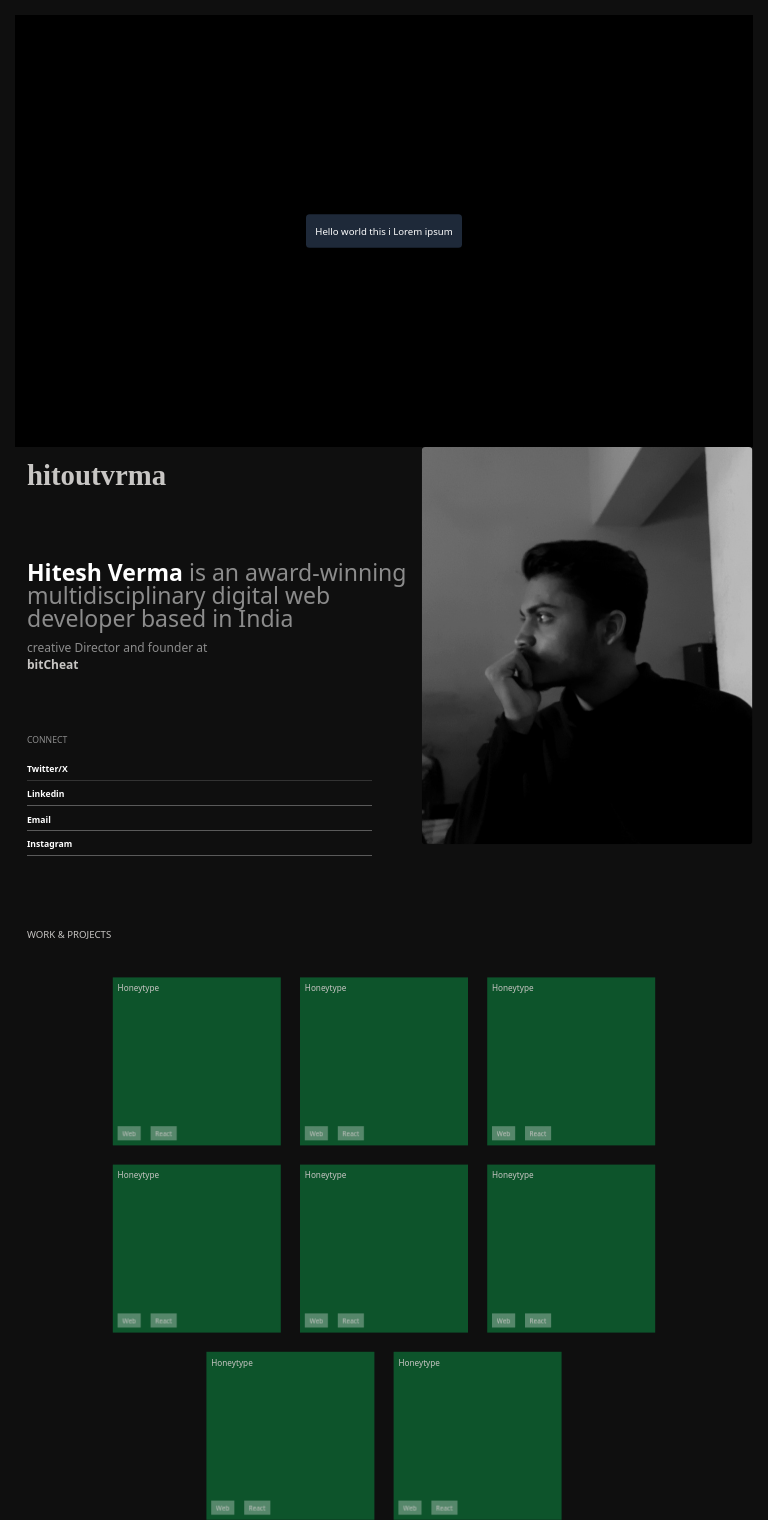
Repository: hitoutvrma/portfolio
Page: /
These files come from the project's save history. The page is drawn as it stood at one moment and after the next save; the edit follows.
The browser window is 1280 px wide. The pictures show the whole page, at 60% of full size.
The project was rebuilt for these pictures with package versions that can differ from the ones it lists, and the page was loaded fresh each time. Also part of the build but not shown: vite.config.js.

Above is the page before, as saved 2025-03-08 10:57:59.

### src/index.css
@import "tailwindcss";
body{
    background-color: #0f0f0f;
    color: #c8c6c4;
    padding: 25px;
}

### src/App.jsx
import React from 'react'
import Front from './Components/Front'
import Work from './Components/Work'
import AnimatedParagraph from './Components/AnimatedParagraph'

function App() {
  return (
    <div className=''>
      <AnimatedParagraph/>
      <Front/>
      <Work/>
    </div>
  )
}

export default App

### src/Components/Front.jsx
import React from 'react'
import {animate, hover, motion} from 'framer-motion'
import AnimatedParagraph from './AnimatedParagraph'
function Front() {
  return (
    <div className='sm:h-screen md:h-screen'>
    <div className="sm:flex">
      <div className='hero sm:p-5 sm:text-[3vw] text-[8vw]  sm:w-[53vw]'>
      <logo className='text-4xl sm:text-5xl font-semibold font-[serif]'>hitoutvrma</logo>
        <p className='mt-28 leading-none text-[#8c8c8c]'><span className='text-white font-semibold'>Hitesh Verma</span> is an award-winning multidisciplinary digital web developer based in India</p>

        <div className='text-xl pt-4'>
          <p className='text-[#8c8c8c]'>creative Director and founder at </p>
          <p className='font-semibold'>bitCheat</p>
          {/* <AnimatedParagraph/> */}
        </div>
        <motion.div initial={{opacity:0.1, scaleY:0.5}} animate={{opacity:1, scaleY:1}} transition={{duration:1}} className=' flex sm:text-[2vh] sm:pb-0 pb-12 text-[1.8vh]  sm:pt-25 pt-28 flex-col sm:gap-3 gap-1'>
          <p className='text-[#8c8c8c] pb-4 text-[1.6vh]  sm:text-[2vh]'>CONNECT</p>
          <motion.div
        className="relative w-[90%]  font-bold text-white text-md cursor-pointer"
        initial="initial"
        whileHover="hover"
      >
        <p className='pb-2'>Twitter/X</p>

        {/* Static Gray Line */}
        <div className="absolute left-0 bottom-0 w-full    h-[0.1vh] bg-[#4c4c4c]"></div>

        {/* Animated Green Line */}
        <motion.div
          className="absolute left-0 bottom-0 h-[2px] bg-green-400"
          variants={{
            initial: { width: "0%" },
            hover: { width: "100%" },
            exit: {width: "0%"}
          }}
          transition={{hover: { duration: 2, ease: "easeInOut" },
          exit: { duration: 0.01 } }}
        />
      </motion.div>

      <motion.div
        className="relative w-[90%]  font-bold text-white text-md cursor-pointer"
        initial="initial"
        whileHover="hover"
      >
        <p className='pb-2'>Linkedin</p>

        {/* Static Gray Line */}
        <div className="absolute left-0 bottom-0 w-full    h-[0.1vh] bg-[#8c8c8c]"></div>

        {/* Animated Green Line */}
        <motion.div
          className="absolute left-0 bottom-0 h-[2px] bg-green-400"
          variants={{
            initial: { width: "0%" },
            hover: { width: "100%" },
            exit: {width: "0%"}
          }}
          transition={{hover: { duration: 2, ease: "easeInOut" },
          exit: { duration: 0.01 } }}
        />
      </motion.div>

      <motion.div
        className="relative w-[90%]  font-bold text-white text-md cursor-pointer"
        initial="initial"
        whileHover="hover"
      >
        <p className='pb-2'>Email</p>

        {/* Static Gray Line */}
        <div className="absolute left-0 bottom-0 w-full    h-[0.1vh] bg-[#8c8c8c]"></div>

        {/* Animated Green Line */}
        <motion.div
          className="absolute left-0 bottom-0 h-[2px] bg-green-400"
          variants={{
            initial: { width: "0%" },
            hover: { width: "100%" },
            exit: {width: "0%"}
          }}
          transition={{hover: { duration: 2, ease: "easeInOut" },
          exit: { duration: 0.01 } }}
        />
      </motion.div>

      <motion.div
        className="relative w-[90%]  font-bold text-white text-md cursor-pointer"
        initial="initial"
        whileHover="hover"
      >
        <p className='pb-2'>Instagram</p>

        {/* Static Gray Line */}
        <div className="absolute left-0 bottom-0 w-full    h-[0.1vh] bg-[#8c8c8c]"></div>

        {/* Animated Green Line */}
        <motion.div
          className="absolute left-0 bottom-0 h-[2px] bg-green-400"
          variants={{
            initial: { width: "0%" },
            hover: { width: "100%" },
            exit: {width: "0%"}
          }}
          transition={{hover: { duration: 2, ease: "easeInOut" },
          exit: { duration: 0.01 } }}
        />
      </motion.div>
        </motion.div>
        </div>
        <motion.div initial={{scale:0.6}} transition={{duration:1.5, delay:1}} animate={{scale:1}} style={{ backgroundImage: "url('/user.jpg')" }} className='bg-cover sm:bg-[center_top_60%] bg-[center_top_80%] w-[95%] h-[50vh] sm:w-[43vw] sm:h-[92vh]  bg-[#3a3a3a] rounded-md'>
        </motion.div>
      </div>
        </div>
  )
}

export default Front

### src/Components/Work.jsx
import React from 'react'
import Card from './Card'

function Work() {
  return (
    <div className='h-screen sm:p-5 '>
      <div className='pt-15  pb-15'><p>WORK & PROJECTS</p></div>
      <div className='flex flex-wrap items-center justify-center gap-8'>
        <Card/>
        <Card/>
        <Card/>
        <Card/>
        <Card/>
        <Card/>
        <Card/>
        <Card/>
      </div>
    </div>
  )
}

export default Work

### src/Components/AnimatedParagraph.jsx
import { motion } from "framer-motion";

export default function AnimatedParagraph() {
  return (
    <div className="flex justify-center items-center h-screen bg-black text-white">
      <motion.div
        className="space-y-4" // Adds spacing between divs
        initial="hidden"
        animate="visible"
        variants={{
          visible: {
            transition: { staggerChildren: 0.3 } // Delay between each div
          }
        }}
      >
          <motion.div

            className="p-4 bg-gray-800 rounded-md"
            variants={{
              hidden: { opacity: 0, y: 20 }, // Start invisible, slightly lower
              visible: { opacity: 1, y: 0 }  // Fade in & move up
            }}
            transition={{ duration: 0.5, ease: "easeOut" }}
          >
              Hello world this i Lorem ipsum
          </motion.div>

      </motion.div>
    </div>
  );
}

### src/Components/Card.jsx
function Card() {
  return (
    <div className="bg-green-900 relative h-90 sm:h-70 sm:w-70 w-90 card">
            <h1 className='p-2 text-[1.9vh]'>Honeytype</h1>
            <footer className='bottom-0  absolute'>
                <button className='m-2 px-2 py-1 backdrop-blur-xl bg-white/30   text-[1.5vh] '>Web</button>
                <button className='m-2 px-2 py-1 backdrop-blur-xl bg-white/30  text-[1.5vh] '>React</button>
                </footer>
        </div>
  )
}

export default Card

Loaded but not shown: index.html (common file); src/main.jsx (common file)

After the next save:
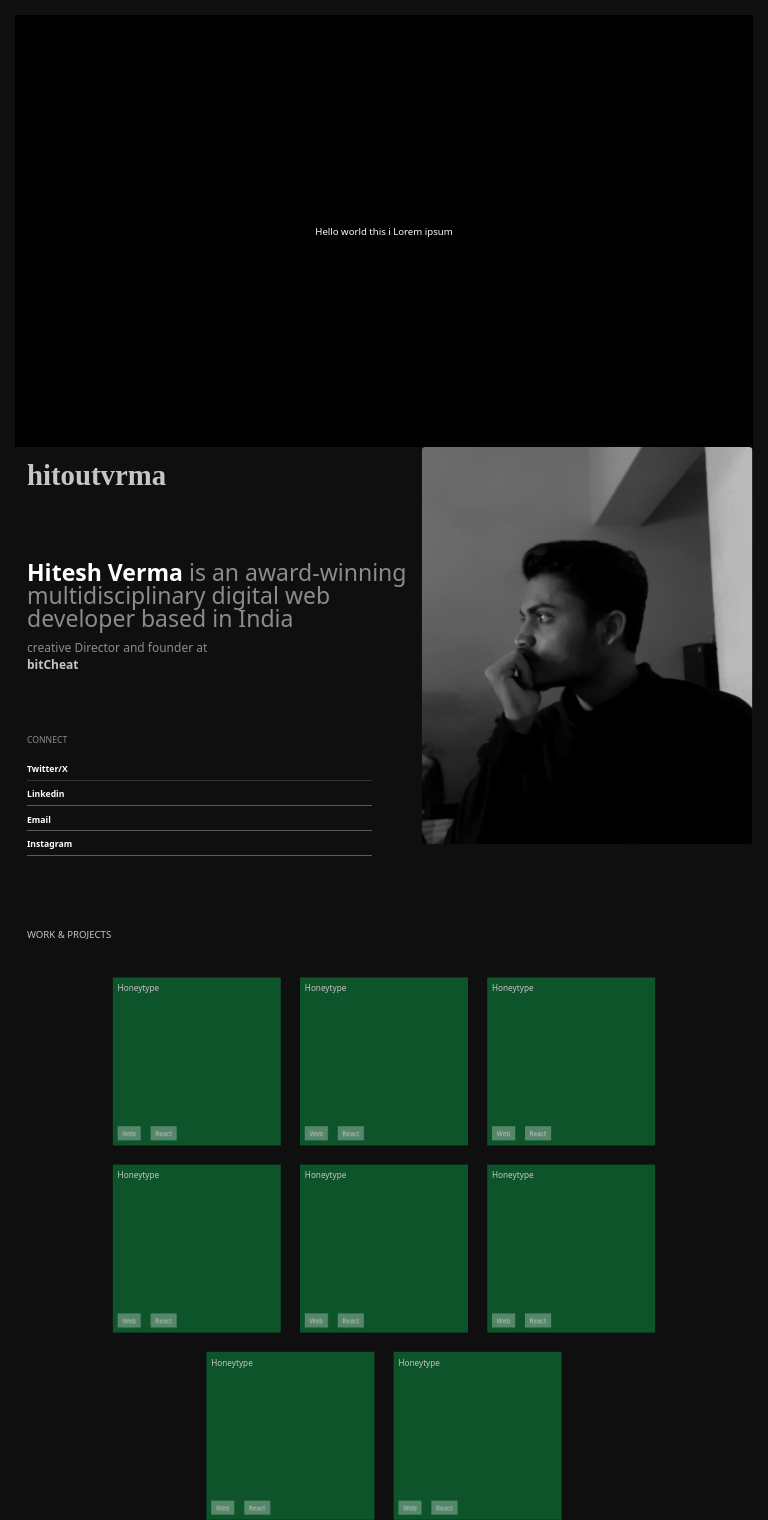
Saved 14 s later.
--- a/src/Components/AnimatedParagraph.jsx
+++ b/src/Components/AnimatedParagraph.jsx
@@ -15,7 +15,7 @@ export default function AnimatedParagraph() {
       >
           <motion.div
 
-            className="p-4 bg-gray-800 rounded-md"
+            className="p-4 "
             variants={{
               hidden: { opacity: 0, y: 20 }, // Start invisible, slightly lower
               visible: { opacity: 1, y: 0 }  // Fade in & move up
